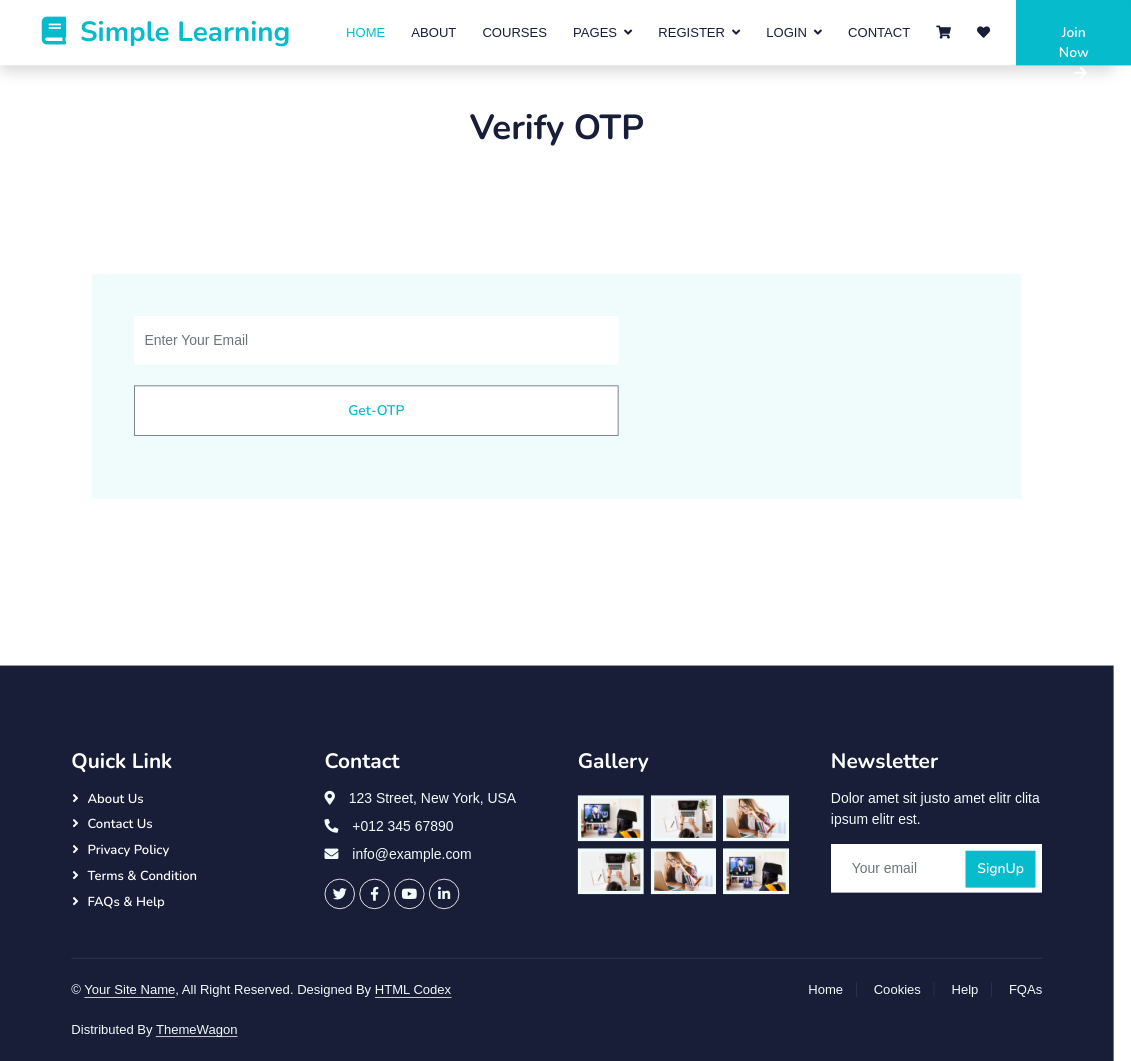
Repository: Arumugam2002/ARUMUGAM-TOPS-DAILY-TASKS
Page: http://localhost/ELearning/user-verify-otp.jsp
An editor plug-in stored every save of this project. The page is shown before and after the next save, followed by the edit.
The browser window is 1280 px wide. The page is 1300 px wide, so the pictures cover 1300 px, including what lies to the right of the window. The pictures show the whole page, at 87% of full size.
Some web fonts or font styles are not loaded; a fallback is used. Some web libraries are served in a nearby version. The page is served by Tomcat 9. Other server files are loaded and not shown.

Above is the page before, as saved 2024-07-13 06:18:21.

### Java Project/ELearning/src/main/webapp/user-verify-otp.jsp
<%@ page language="java" contentType="text/html; charset=UTF-8"
    pageEncoding="UTF-8"%>

    <%@include file="header.jsp" %>
<!DOCTYPE html>
<html>
<head>
<meta charset="UTF-8">
<title>Insert title here</title>
</head>
<body>
 <div class="container-xxl py-5">
        <div class="container">
            <div class="text-center wow fadeInUp" data-wow-delay="0.1s">

                <h1 class="mb-5"> Verify OTP</h1>
            </div>
            <div class="row g-4">

            <% String msg = (String)request.getAttribute("msg");

                      if(msg!=null)
                      {

                      %>

                      <div class="col-12">
					  <h4 class="contact-title"><%out.print(msg);%></h4>

					  </div>
					  <% } %>




                 <div class="container-fluid contact py-5">
            <div class="container py-5">
                <div class="p-5 bg-light rounded">
                    <div class="row g-4">




                         <div class="col-lg-7">
                            <form action="UserController" class="" method="post">

                                <input type="email" name="email" class="w-100 form-control border-0 py-3 mb-4" placeholder="Enter Your Email">


                                <button class="w-100 btn form-control border-secondary py-3 bg-white text-primary " name="action" value="get-otp" type="submit">Get-OTP</button>

                            </form>
                        </div>

                    </div>
                    <br>

                </div>
            </div>
        </div>
            </div>
        </div>
    </div>
    <!-- Contact End -->


    <!-- Footer Start -->


    <%@include file="footer.jsp" %>
</body>
</html>

### Java Project/ELearning/src/main/webapp/header.jsp
<%@ page language="java" contentType="text/html; charset=UTF-8"
    pageEncoding="UTF-8"%>
<!DOCTYPE html>
<html>
<head>
    <meta charset="utf-8">
    <title>Simple Learning</title>

    <meta content="width=device-width, initial-scale=1.0" name="viewport">
    <meta content="" name="keywords">
    <meta content="" name="description">

    <!-- Favicon -->
    <link href="img/favicon.png" rel="icon">

    <!-- Google Web Fonts -->
    <link rel="preconnect" href="https://fonts.googleapis.com">
    <link rel="preconnect" href="https://fonts.gstatic.com" crossorigin>
    <link href="https://fonts.googleapis.com/css2?family=Heebo:wght@400;500;600&family=Nunito:wght@600;700;800&display=swap" rel="stylesheet">

    <!-- Icon Font Stylesheet -->
    <link href="https://cdnjs.cloudflare.com/ajax/libs/font-awesome/5.10.0/css/all.min.css" rel="stylesheet">
    <link href="https://cdn.jsdelivr.net/npm/bootstrap-icons@1.4.1/font/bootstrap-icons.css" rel="stylesheet">

    <!-- Libraries Stylesheet -->
    <link href="lib/animate/animate.min.css" rel="stylesheet">
    <link href="lib/owlcarousel/assets/owl.carousel.min.css" rel="stylesheet">

    <!-- Customized Bootstrap Stylesheet -->
    <link href="css/bootstrap.min.css" rel="stylesheet">

    <!-- Template Stylesheet -->
    <link href="css/style.css" rel="stylesheet">
</head>
<body>
<div id="spinner" class="show bg-white position-fixed translate-middle w-100 vh-100 top-50 start-50 d-flex align-items-center justify-content-center">
        <div class="spinner-border text-primary" style="width: 3rem; height: 3rem;" role="status">
            <span class="sr-only">Loading...</span>
        </div>
    </div>
    <!-- Spinner End -->


    <!-- Navbar Start -->
    <nav class="navbar navbar-expand-lg bg-white navbar-light shadow sticky-top p-0">
        <a href="index.jsp" class="navbar-brand d-flex align-items-center px-4 px-lg-5">
            <h2 class="m-0 text-primary"><i class="fa fa-book me-3"></i>Simple Learning</h2>
        </a>
        <button type="button" class="navbar-toggler me-4" data-bs-toggle="collapse" data-bs-target="#navbarCollapse">
            <span class="navbar-toggler-icon"></span>
        </button>
        <div class="collapse navbar-collapse" id="navbarCollapse">
            <div class="navbar-nav ms-auto p-4 p-lg-0">
                <a href="index.jsp" class="nav-item nav-link active">Home</a>
                <a href="about-page.jsp" class="nav-item nav-link">About</a>
                <a href="courses-page.jsp" class="nav-item nav-link">Courses</a>
                <div class="nav-item dropdown">
                    <a href="#" class="nav-link dropdown-toggle" data-bs-toggle="dropdown">Pages</a>
                    <div class="dropdown-menu fade-down m-0">
                        <a href="team-page.jsp" class="dropdown-item">Our Team</a>
                        <a href="testimonial-page.jsp" class="dropdown-item">Testimonial</a>
                        <a href="404.html" class="dropdown-item">404 Page</a>
                    </div>
                </div>

                <div class="nav-item dropdown">
                    <a href="#" class="nav-link dropdown-toggle" data-bs-toggle="dropdown">Register</a>
                    <div class="dropdown-menu fade-down m-0">
                        <a href="user-register.jsp" class="dropdown-item">User-Register</a>
                        <a href="teacher-register.jsp" class="dropdown-item">Faculty-Register</a>

                    </div>
                </div>

                <div class="nav-item dropdown">
                    <a href="#" class="nav-link dropdown-toggle" data-bs-toggle="dropdown">Login</a>
                    <div class="dropdown-menu fade-down m-0">
                        <a href="user-login.jsp" class="dropdown-item">User-Login</a>
                        <a href="teacher-login.jsp" class="dropdown-item">Faculty-Login</a>

                    </div>
                </div>
                <a href="contact-page.jsp" class="nav-item nav-link">Contact</a>

            <a href="user-login.jsp" class="nav-item nav-link"><i class="fa fa-shopping-cart"></i></a>

            <a href="user-login.jsp" class="nav-item nav-link"><i class="fa fa-heart"><%%></i></a>
            </div>
            <a href="user-login.jsp" class="btn btn-primary py-4 px-lg-5 d-none d-lg-block">Join Now<i class="fa fa-arrow-right ms-3"></i></a>
        </div>
    </nav>




</body>
</html>

### Java Project/ELearning/src/main/webapp/footer.jsp
<%@ page language="java" contentType="text/html; charset=UTF-8"
    pageEncoding="UTF-8"%>
<!DOCTYPE html>
<html>
<head>
<meta charset="UTF-8">
<title>Insert title here</title>
</head>
<body>

 <div class="container-fluid bg-dark text-light footer pt-5 mt-5 wow fadeIn" data-wow-delay="0.1s">
        <div class="container py-5">
            <div class="row g-5">
                <div class="col-lg-3 col-md-6">
                    <h4 class="text-white mb-3">Quick Link</h4>
                    <a class="btn btn-link" href="">About Us</a>
                    <a class="btn btn-link" href="">Contact Us</a>
                    <a class="btn btn-link" href="">Privacy Policy</a>
                    <a class="btn btn-link" href="">Terms & Condition</a>
                    <a class="btn btn-link" href="">FAQs & Help</a>
                </div>
                <div class="col-lg-3 col-md-6">
                    <h4 class="text-white mb-3">Contact</h4>
                    <p class="mb-2"><i class="fa fa-map-marker-alt me-3"></i>123 Street, New York, USA</p>
                    <p class="mb-2"><i class="fa fa-phone-alt me-3"></i>+012 345 67890</p>
                    <p class="mb-2"><i class="fa fa-envelope me-3"></i>info@example.com</p>
                    <div class="d-flex pt-2">
                        <a class="btn btn-outline-light btn-social" href=""><i class="fab fa-twitter"></i></a>
                        <a class="btn btn-outline-light btn-social" href=""><i class="fab fa-facebook-f"></i></a>
                        <a class="btn btn-outline-light btn-social" href=""><i class="fab fa-youtube"></i></a>
                        <a class="btn btn-outline-light btn-social" href=""><i class="fab fa-linkedin-in"></i></a>
                    </div>
                </div>
                <div class="col-lg-3 col-md-6">
                    <h4 class="text-white mb-3">Gallery</h4>
                    <div class="row g-2 pt-2">
                        <div class="col-4">
                            <img class="img-fluid bg-light p-1" src="img/course-1.jpg" alt="">
                        </div>
                        <div class="col-4">
                            <img class="img-fluid bg-light p-1" src="img/course-2.jpg" alt="">
                        </div>
                        <div class="col-4">
                            <img class="img-fluid bg-light p-1" src="img/course-3.jpg" alt="">
                        </div>
                        <div class="col-4">
                            <img class="img-fluid bg-light p-1" src="img/course-2.jpg" alt="">
                        </div>
                        <div class="col-4">
                            <img class="img-fluid bg-light p-1" src="img/course-3.jpg" alt="">
                        </div>
                        <div class="col-4">
                            <img class="img-fluid bg-light p-1" src="img/course-1.jpg" alt="">
                        </div>
                    </div>
                </div>
                <div class="col-lg-3 col-md-6">
                    <h4 class="text-white mb-3">Newsletter</h4>
                    <p>Dolor amet sit justo amet elitr clita ipsum elitr est.</p>
                    <div class="position-relative mx-auto" style="max-width: 400px;">
                        <input class="form-control border-0 w-100 py-3 ps-4 pe-5" type="text" placeholder="Your email">
                        <button type="button" class="btn btn-primary py-2 position-absolute top-0 end-0 mt-2 me-2">SignUp</button>
                    </div>
                </div>
            </div>
        </div>
        <div class="container">
            <div class="copyright">
                <div class="row">
                    <div class="col-md-6 text-center text-md-start mb-3 mb-md-0">
                        &copy; <a class="border-bottom" href="#">Your Site Name</a>, All Right Reserved.

                        <!--/*** This template is free as long as you keep the footer author’s credit link/attribution link/backlink. If you'd like to use the template without the footer author’s credit link/attribution link/backlink, you can purchase the Credit Removal License from "https://htmlcodex.com/credit-removal". Thank you for your support. ***/-->
                        Designed By <a class="border-bottom" href="https://htmlcodex.com">HTML Codex</a><br><br>
                        Distributed By <a class="border-bottom" href="https://themewagon.com">ThemeWagon</a>
                    </div>
                    <div class="col-md-6 text-center text-md-end">
                        <div class="footer-menu">
                            <a href="">Home</a>
                            <a href="">Cookies</a>
                            <a href="">Help</a>
                            <a href="">FQAs</a>
                        </div>
                    </div>
                </div>
            </div>
        </div>
    </div>
    <!-- Footer End -->


<!-- Back to Top -->
    <a href="#" class="btn btn-lg btn-primary btn-lg-square back-to-top"><i class="bi bi-arrow-up"></i></a>

    <!-- JavaScript Libraries -->
    <script src="https://code.jquery.com/jquery-3.4.1.min.js"></script>
    <script src="https://cdn.jsdelivr.net/npm/bootstrap@5.0.0/dist/js/bootstrap.bundle.min.js"></script>
    <script src="lib/wow/wow.min.js"></script>
    <script src="lib/easing/easing.min.js"></script>
    <script src="lib/waypoints/waypoints.min.js"></script>
    <script src="lib/owlcarousel/owl.carousel.min.js"></script>

    <!-- Template Javascript -->
    <script src="js/main.js"></script>
</body>
</html>

### Java Project/ELearning/src/main/webapp/css/style.css
/********** Template CSS **********/
:root {
    --primary: #06BBCC;
    --light: #F0FBFC;
    --dark: #181d38;
}

.fw-medium {
    font-weight: 600 !important;
}

.fw-semi-bold {
    font-weight: 700 !important;
}

.course-item {
    background: #fff; /* Background color for course item */
    border-radius: 8px; /* Rounded corners for course item */
    padding: 15px; /* Padding inside course item */
    box-shadow: 0 0 10px rgba(0, 0, 0, 0.1); /* Shadow effect for course item */
}

.course-item img {
    max-width: 100%; /* Make sure image does not exceed container width */
    height: auto; /* Maintain aspect ratio */
}

.feature-caption {
    text-align: center; /* Center align text */
    margin-top: 10px; /* Space between image and text */
}

.price span {
    font-weight: bold; /* Highlight the price */
}

@media (max-width: 768px) {
    .col-lg-4 {
        flex: 0 0 100%;
        max-width: 100%;
    }
}


.back-to-top {
    position: fixed;
    display: none;
    right: 45px;
    bottom: 45px;
    z-index: 99;
}

.icon-overlay {
    display: flex;
    justify-content: center;
    align-items: center;
    margin-top: 10px; /* Adjust this as needed */
}





/*** Spinner ***/
#spinner {
    opacity: 0;
    visibility: hidden;
    transition: opacity .5s ease-out, visibility 0s linear .5s;
    z-index: 99999;
}

#spinner.show {
    transition: opacity .5s ease-out, visibility 0s linear 0s;
    visibility: visible;
    opacity: 1;
}


/*** Button ***/
.btn {
    font-family: 'Nunito', sans-serif;
    font-weight: 600;
    transition: .5s;
}

.btn.btn-primary,
.btn.btn-secondary {
    color: #FFFFFF;
}

.btn-square {
    width: 38px;
    height: 38px;
}

.btn-sm-square {
    width: 32px;
    height: 32px;
}

.btn-lg-square {
    width: 48px;
    height: 48px;
}

.btn-square,
.btn-sm-square,
.btn-lg-square {
    padding: 0;
    display: flex;
    align-items: center;
    justify-content: center;
    font-weight: normal;
    border-radius: 0px;
}


/*** Navbar ***/
.navbar .dropdown-toggle::after {
    border: none;
    content: "\f107";
    font-family: "Font Awesome 5 Free";
    font-weight: 900;
    vertical-align: middle;
    margin-left: 8px;
}

.navbar-light .navbar-nav .nav-link {
    margin-right: 30px;
    padding: 25px 0;
    color: #FFFFFF;
    font-size: 15px;
    text-transform: uppercase;
    outline: none;
}

.navbar-light .navbar-nav .nav-link:hover,
.navbar-light .navbar-nav .nav-link.active {
    color: var(--primary);
}

@media (max-width: 991.98px) {
    .navbar-light .navbar-nav .nav-link  {
        margin-right: 0;
        padding: 10px 0;
    }

    .navbar-light .navbar-nav {
        border-top: 1px solid #EEEEEE;
    }
}

.navbar-light .navbar-brand,
.navbar-light a.btn {
    height: 75px;
}

.navbar-light .navbar-nav .nav-link {
    color: var(--dark);
    font-weight: 500;
}

.navbar-light.sticky-top {
    top: -100px;
    transition: .5s;
}

@media (min-width: 992px) {
    .navbar .nav-item .dropdown-menu {
        display: block;
        margin-top: 0;
        opacity: 0;
        visibility: hidden;
        transition: .5s;
    }

    .navbar .dropdown-menu.fade-down {
        top: 100%;
        transform: rotateX(-75deg);
        transform-origin: 0% 0%;
    }

    .navbar .nav-item:hover .dropdown-menu {
        top: 100%;
        transform: rotateX(0deg);
        visibility: visible;
        transition: .5s;
        opacity: 1;
    }
}


/*** Header carousel ***/
@media (max-width: 768px) {
    .header-carousel .owl-carousel-item {
        position: relative;
        min-height: 500px;
    }

    .header-carousel .owl-carousel-item img {
        position: absolute;
        width: 100%;
        height: 100%;
        object-fit: cover;
    }
}

.header-carousel .owl-nav {
    position: absolute;
    top: 50%;
    right: 8%;
    transform: translateY(-50%);
    display: flex;
    flex-direction: column;
}

.header-carousel .owl-nav .owl-prev,
.header-carousel .owl-nav .owl-next {
    margin: 7px 0;
    width: 45px;
    height: 45px;
    display: flex;
    align-items: center;
    justify-content: center;
    color: #FFFFFF;
    background: transparent;
    border: 1px solid #FFFFFF;
    font-size: 22px;
    transition: .5s;
}

.header-carousel .owl-nav .owl-prev:hover,
.header-carousel .owl-nav .owl-next:hover {
    background: var(--primary);
    border-color: var(--primary);
}

.page-header {
    background: linear-gradient(rgba(24, 29, 56, .7), rgba(24, 29, 56, .7)), url(../img/carousel-1.jpg);
    background-position: center center;
    background-repeat: no-repeat;
    background-size: cover;
}

.page-header-inner {
    background: rgba(15, 23, 43, .7);
}

.breadcrumb-item + .breadcrumb-item::before {
    color: var(--light);
}


/*** Section Title ***/
.section-title {
    position: relative;
    display: inline-block;
    text-transform: uppercase;
}

.section-title::before {
    position: absolute;
    content: "";
    width: calc(100% + 80px);
    height: 2px;
    top: 4px;
    left: -40px;
    background: var(--primary);
    z-index: -1;
}

.section-title::after {
    position: absolute;
    content: "";
    width: calc(100% + 120px);
    height: 2px;
    bottom: 5px;
    left: -60px;
    background: var(--primary);
    z-index: -1;
}

.section-title.text-start::before {
    width: calc(100% + 40px);
    left: 0;
}

.section-title.text-start::after {
    width: calc(100% + 60px);
    left: 0;
}


/*** Service ***/
.service-item {
    background: var(--light);
    transition: .5s;
}

.service-item:hover {
    margin-top: -10px;
    background: var(--primary);
}

.service-item * {
    transition: .5s;
}

.service-item:hover * {
    color: var(--light) !important;
}


/*** Categories & Courses ***/
.category img,
.course-item img {
    transition: .5s;
}

.category a:hover img,
.course-item:hover img {
    transform: scale(1.1);
}


/*** Team ***/
.team-item img {
    transition: .5s;
}

.team-item:hover img {
    transform: scale(1.1);
}


/*** Testimonial ***/
.testimonial-carousel::before {
    position: absolute;
    content: "";
    top: 0;
    left: 0;
    height: 100%;
    width: 0;
    background: linear-gradient(to right, rgba(255, 255, 255, 1) 0%, rgba(255, 255, 255, 0) 100%);
    z-index: 1;
}

.testimonial-carousel::after {
    position: absolute;
    content: "";
    top: 0;
    right: 0;
    height: 100%;
    width: 0;
    background: linear-gradient(to left, rgba(255, 255, 255, 1) 0%, rgba(255, 255, 255, 0) 100%);
    z-index: 1;
}

@media (min-width: 768px) {
    .testimonial-carousel::before,
    .testimonial-carousel::after {
        width: 200px;
    }
}

@media (min-width: 992px) {
    .testimonial-carousel::before,
    .testimonial-carousel::after {
        width: 300px;
    }
}

.testimonial-carousel .owl-item .testimonial-text,
.testimonial-carousel .owl-item.center .testimonial-text * {
    transition: .5s;
}

.testimonial-carousel .owl-item.center .testimonial-text {
    background: var(--primary) !important;
}

.testimonial-carousel .owl-item.center .testimonial-text * {
    color: #FFFFFF !important;
}

.testimonial-carousel .owl-dots {
    margin-top: 24px;
    display: flex;
    align-items: flex-end;
    justify-content: center;
}

.testimonial-carousel .owl-dot {
    position: relative;
    display: inline-block;
    margin: 0 5px;
    width: 15px;
    height: 15px;
    border: 1px solid #CCCCCC;
    transition: .5s;
}

.testimonial-carousel .owl-dot.active {
    background: var(--primary);
    border-color: var(--primary);
}


/*** Footer ***/
.footer .btn.btn-social {
    margin-right: 5px;
    width: 35px;
    height: 35px;
    display: flex;
    align-items: center;
    justify-content: center;
    color: var(--light);
    font-weight: normal;
    border: 1px solid #FFFFFF;
    border-radius: 35px;
    transition: .3s;
}

.footer .btn.btn-social:hover {
    color: var(--primary);
}

.footer .btn.btn-link {
    display: block;
    margin-bottom: 5px;
    padding: 0;
    text-align: left;
    color: #FFFFFF;
    font-size: 15px;
    font-weight: normal;
    text-transform: capitalize;
    transition: .3s;
}

.footer .btn.btn-link::before {
    position: relative;
    content: "\f105";
    font-family: "Font Awesome 5 Free";
    font-weight: 900;
    margin-right: 10px;
}

.footer .btn.btn-link:hover {
    letter-spacing: 1px;
    box-shadow: none;
}

.footer .copyright {
    padding: 25px 0;
    font-size: 15px;
    border-top: 1px solid rgba(256, 256, 256, .1);
}




.footer .copyright a {
    color: var(--light);
}

.footer .footer-menu a {
    margin-right: 15px;
    padding-right: 15px;
    border-right: 1px solid rgba(255, 255, 255, .1);
}

.footer .footer-menu a:last-child {
    margin-right: 0;
    padding-right: 0;
    border-right: none;
}

Loaded but not shown: Java Project/ELearning/src/main/webapp/lib/animate/animate.min.css (library); Java Project/ELearning/src/main/webapp/lib/owlcarousel/assets/owl.carousel.min.css (common file); Java Project/ELearning/src/main/webapp/css/bootstrap.min.css (library); Java Project/ELearning/src/main/webapp/lib/wow/wow.min.js (library); Java Project/ELearning/src/main/webapp/lib/easing/easing.min.js (common file); Java Project/ELearning/src/main/webapp/lib/waypoints/waypoints.min.js (library); Java Project/ELearning/src/main/webapp/lib/owlcarousel/owl.carousel.min.js (library); Java Project/ELearning/src/main/webapp/js/main.js (108 lines, source omitted)

After the next save:
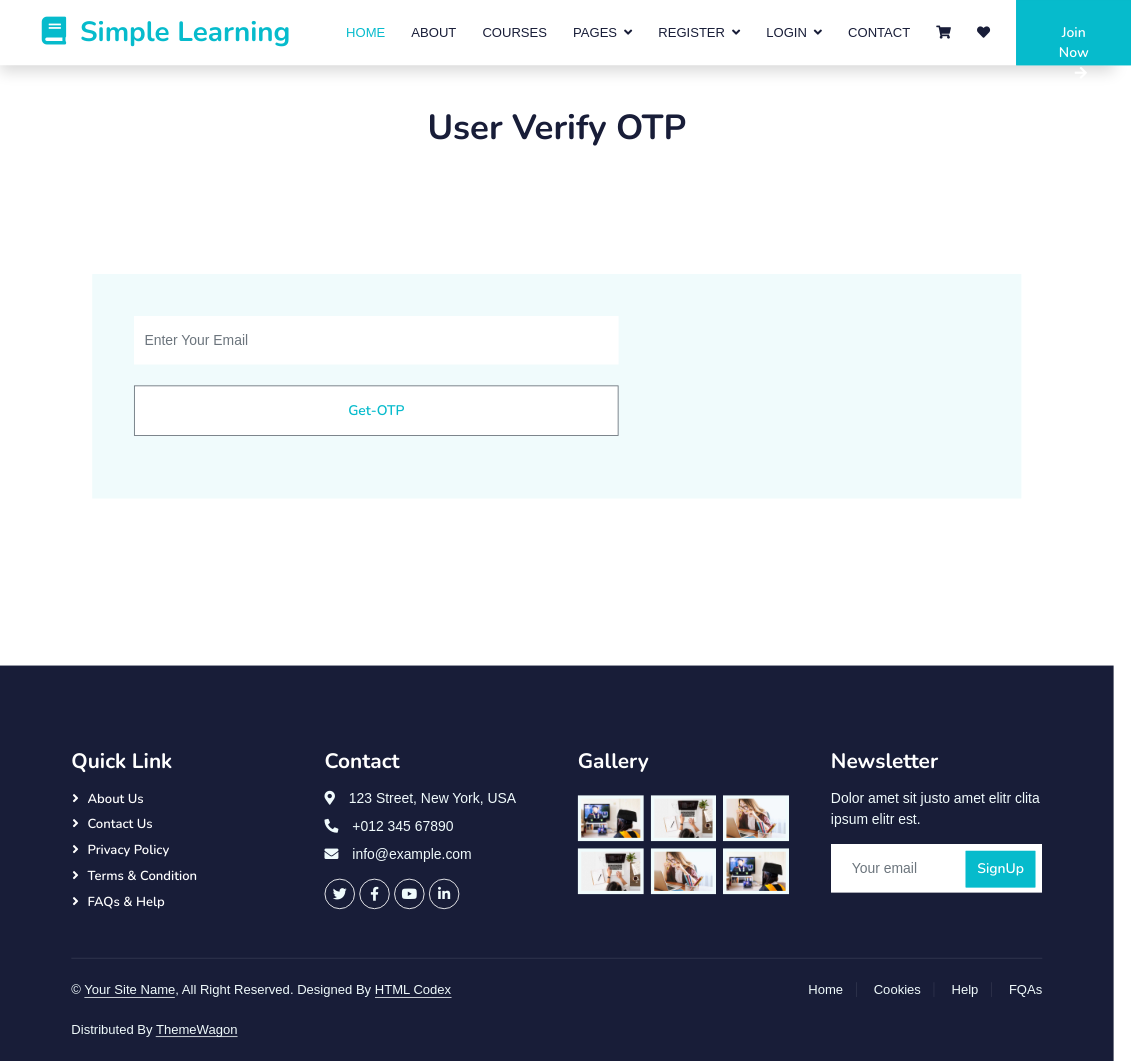
Saved 7 s later.
--- a/Java Project/ELearning/src/main/webapp/user-verify-otp.jsp
+++ b/Java Project/ELearning/src/main/webapp/user-verify-otp.jsp
@@ -13,7 +13,7 @@
         <div class="container">
             <div class="text-center wow fadeInUp" data-wow-delay="0.1s">
 
-                <h1 class="mb-5"> Verify OTP</h1>
+                <h1 class="mb-5">User Verify OTP</h1>
             </div>
             <div class="row g-4">
 
